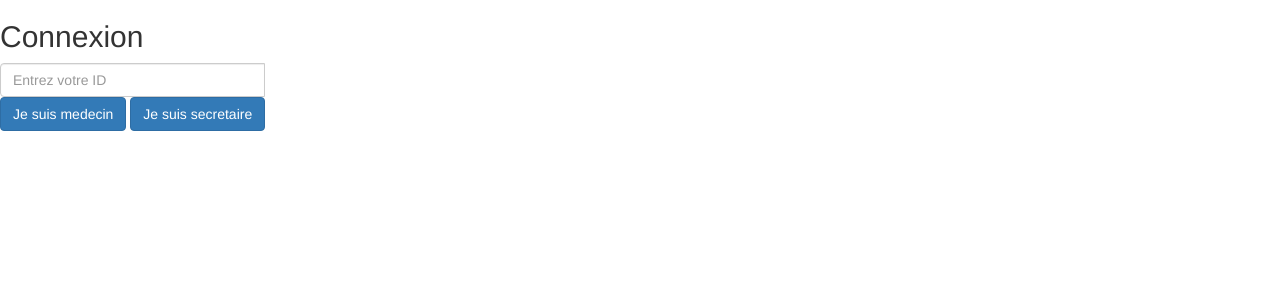
Repository: Caleb-St/CabinetMedical
Page: http://localhost/main.php
These files come from the project's save history. The page is drawn as it stood at one moment and after the next save; the edit follows.
The browser window is 1280 px wide. The pictures show the whole page.
The page is run by PHP 8.4 with error messages shown; the project is at /var/www/html/.

Above is the page before, as saved 2016-04-09 19:03:35.

### dbphp/main.php
<?php include("Header.php") ?>
<!DOCTYPE HTML>
<html>
<head>
<meta charset="utf-8" />
<style>
.error {color: #FF0000;}
</style>
</head>
<body>

<h2>Connexion</h2>
<form method="post" action="/CabinetMedical/dbphp/connectDB.php">
 <div class="input-group">
	<input class ="form-control" type="text" placeholder="Entrez votre ID" name="userID">
	<div class="form-actions">
	    <button type="submit" class="btn btn-primary" name="medecin">Je suis medecin</button>
	    <button type="submit" class="btn btn-primary" name="secretaire">Je suis secretaire</button>
 	</div>
 </div>
</form>

 <!--
<h2></h2>
<form method="post" action="/dbphp/connectDB.php">
   <input type="submit" name="ConnectDB" value="Connect to DB">
 </form>
 <br>

 <form method="post" action="/dbphp/createTable.php">
   <input type="submit" name="createTable" value="create Table">
</form>
<br>
 <form method="post" action="/dbphp/updateHotelData.php">
   <input type="submit" name="updateHotelData" value="update Hotel Data">
</form>
<br>
<form method="post" action="/dbphp/deleteHotelData.php">
   <input type="submit" name="deleteHotelData" value="delete Hotel Data">
</form>
<br>
 <form method="post" action="/dbphp/InsertHotelView.php">
   <input type="submit" name="insertHotel" value="insert Hotel">
</form>
<br>
<form method="post" action="/dbphp/reservationView.php">
   <input type="submit" name="reservationView" value="Add booking">
</form>
<br>
 <form method="post" action="/dbphp/viewHotels.php">
   <input type="submit" name="viewHotels" value="view Hotels">
</form>
<br>
<form method="post" action="/dbphp/newReservation.php"> -->
<!--    <input type="submit" name="newReservation" value="newReservation"> -->
<!-- </form> -->
<!-- <br> -->
</body>
</html>

### dbphp/Header.php
<?php setlocale(LC_ALL, "fr_CA.UTF-8","fra"); ?>
<!DOCTYPE html>
<html lang="en">
<head>
<link rel="stylesheet" href="https://maxcdn.bootstrapcdn.com/bootstrap/3.3.6/css/bootstrap.min.css" integrity="sha384-1q8mTJOASx8j1Au+a5WDVnPi2lkFfwwEAa8hDDdjZlpLegxhjVME1fgjWPGmkzs7" crossorigin="anonymous">
<link rel="stylesheet" type="text/css"  href="site.css">
<meta charset="utf-8" />
</head>

### dbphp/Site.css
.form-actions {
	text-align:center;
	margin-top:10px;
}

.btn-alt {
	background: #47a247;
}

After the next save:
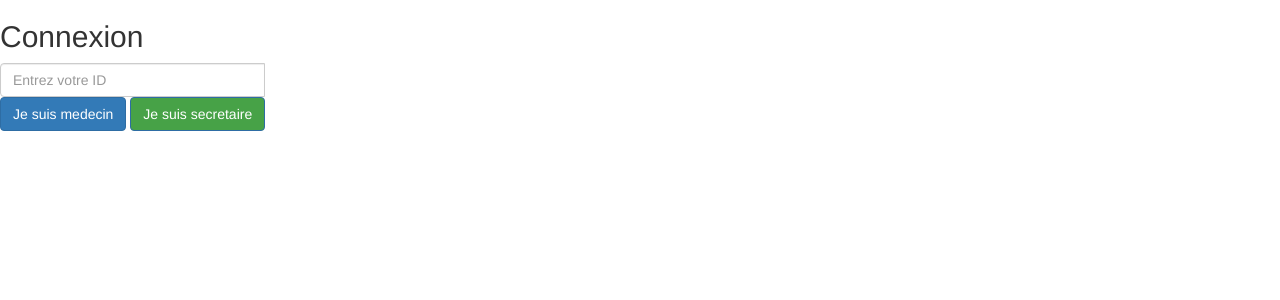
Saved 16 s later.
--- a/dbphp/main.php
+++ b/dbphp/main.php
@@ -15,7 +15,7 @@
 	<input class ="form-control" type="text" placeholder="Entrez votre ID" name="userID">
 	<div class="form-actions">
 	    <button type="submit" class="btn btn-primary" name="medecin">Je suis medecin</button>
-	    <button type="submit" class="btn btn-primary" name="secretaire">Je suis secretaire</button>
+	    <button type="submit" class="btn btn-primary btn-alt" name="secretaire">Je suis secretaire</button>
  	</div>
  </div>
 </form>
